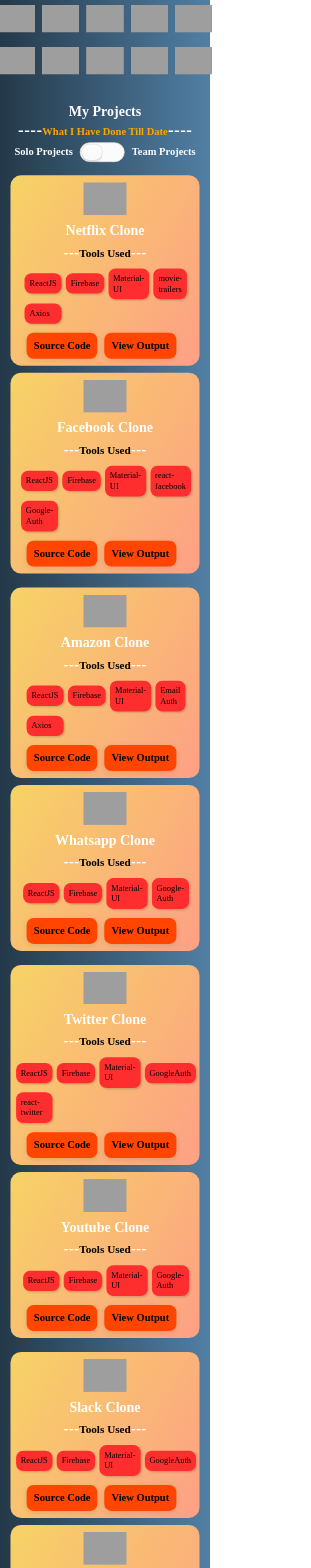
Repository: rgnSayan/my-portfolio-react
Page: /
These files come from the project's save history. The page is drawn as it stood at one moment and after the next save; the edit follows.
The browser window is 375 px wide. The page is 444 px wide, so the pictures cover 444 px, including what lies to the right of the window. The pictures show the part of the page from y = 699 to 2939 px (the page is 4649 px tall before and 4679 px after), at 70% of full size.
Pictures or frames that could not be fetched are drawn as grey boxes. Some web fonts or font styles are not loaded; a fallback is used. The project was rebuilt for these pictures with package versions that can differ from the ones it lists, and the page was loaded fresh each time. Also part of the build but not shown: src/Components/GroupProjects.css, src/Components/GroupProjects.js. Imported but missing from the stored project, and not drawn on this page: src/document/document.pdf.

Above is the page before, as saved 2021-09-17 02:02:19.

### src/App.js
import React from 'react'
import Sidebar from './Components/Sidebar'
import Home from './Components/Home'
import './App.css';

function App() {
  return (
    <div className="app">
      <Sidebar />
      <Home />
    </div>
  );
}

export default App;

### src/Components/Sidebar.js
import React from 'react'
import FacebookIcon from '@material-ui/icons/Facebook';
import TwitterIcon from '@material-ui/icons/Twitter';
import InstagramIcon from '@material-ui/icons/Instagram';
import LinkedInIcon from '@material-ui/icons/LinkedIn';
import GitHubIcon from '@material-ui/icons/GitHub';
import MenuIcon from '@material-ui/icons/Menu';
import './Sidebar.css'

function Sidebar() {
    return (
        <div className="sidebar">
            <div className="menu__icon">
                <MenuIcon />
            </div>
            <div className="sidebar__photo">
                <img src="https://scontent.fdbd2-1.fna.fbcdn.net/v/t1.6435-9/50722839_1972004216426448_5408939378581962752_n.jpg?_nc_cat=109&ccb=1-5&_nc_sid=174925&_nc_ohc=hJIp246pz9oAX-RyI-j&_nc_ht=scontent.fdbd2-1.fna&oh=cc929815b4dcd171b51b8dd32e2a6384&oe=61610B0F" alt="" />
                <h2>Sayan Mondal</h2>
                <div className="social__media">
                    <a href="https://www.facebook.com/sayan28072000" target="_blank" rel="noreferrer"><FacebookIcon style={{ color: "#4267B2" }} /></a>
                    <a href="https://www.instagram.com/sayan_ronnie/" target="_blank" rel="noreferrer"><InstagramIcon
                        style={{ color: "#cd486b" }} /></a>
                    <a href="https://twitter.com/SAYANMO83622224/" target="_blank" rel="noreferrer"><TwitterIcon
                        style={{ color: "#1DA1F2" }} /></a>
                    <a href="https://www.linkedin.com/in/sayan-mondal-9145731ba/" target="_blank" rel="noreferrer">< LinkedInIcon style={{ color: "#0077b5" }} /></a>
                    <a href="https://github.com/rgnSayan" target="_blank" rel="noreferrer"><GitHubIcon
                        style={{ color: "#4078c0" }} /></a>
                </div>
            </div>

            <div className="sidebar__option">
                <a href="#home"><span>🏠 Home</span></a>
                <a href="#skills"><span>💻 My Skills</span></a>
                <a href="#projects"><span> 📁 My Projects</span></a>
                <a href="#certificates"><span> 📜 Certificates</span></a>
                <a href="#experiences"><span>💼 Experience</span></a>
                <a href="#contact"><span>📞 Contact Me</span></a>
            </div>
        </div>
    )
}

export default Sidebar

### src/Components/Home.js
import React from 'react'
import HomePage from './HomePage'
import './Home.css'
import Projects from './Projects'
import Skills from './Skills'
import Certificates from './Certificates'
import Experience from './Experience'
import Contact from './Contact'

function Home() {
    return (
        <div className="home">
            <HomePage />
            <Skills />
            <Projects />
            <Certificates />
            <Experience />
            <Contact />
        </div>
    )
}

export default Home

### src/App.css
* {
  margin: 0;
}
.app {
  display: flex;
}

::-webkit-scrollbar {
  width: 15px;
}

::-webkit-scrollbar-track {
  box-shadow: inset 0 0 5px #000;
  border-radius: 10px;
  background-color: black;
}

::-webkit-scrollbar-thumb {
  background: orange;
  border-radius: 10px;
}

### src/Components/Sidebar.css
@import url("https://fonts.googleapis.com/css2?family=Redressed&display=swap");
.sidebar {
  display: flex;
  flex-direction: column;
  flex: 0.2;
  background-color: #272829;
  height: 100vh;
  box-shadow: rgba(0, 0, 0, 0.15) 1.95px 1.95px 2.6px;
  position: sticky;
  z-index: 1;
  top: 0;
  left: 0;
}

.sidebar__photo > img {
  height: 120px;
  width: 120px;
  border-radius: 50%;
  border: 7px solid yellow;
}

.sidebar__photo {
  display: flex;
  align-items: center;
  justify-content: center;
  flex-direction: column;
  margin-top: 10px;
}

.sidebar__photo > h2 {
  font-family: Redressed;
  font-size: 30px;
  padding-top: 10px;
  color: #fff;
}

.sidebar__option {
  display: flex;
  flex-direction: column;
  margin-top: 10px;
  margin-left: 20px;
  line-height: 2.1;
}
.sidebar__option a {
  text-decoration: none;
}

.sidebar__option a > span {
  font-size: 25px;
  font-family: "Redressed", cursive;
  text-align: start;
  font-weight: 500;
  color: #fff;
  /* text-decoration: none; */
}

.sidebar__option a > span:hover {
  cursor: pointer;
  font-weight: 700;
  transition: all 0.5s ease-in-out;
  color: orange;
}

.social__media a > .MuiSvgIcon-root {
  color: black;
  background-color: orange;
  border-radius: 50%;
  padding: 7px;
  margin-right: 5px;
  margin-top: 5px;
  cursor: pointer;
  animation: spin 10s linear infinite;
  animation-play-state: paused;
}
.social__media a > .MuiSvgIcon-root:hover {
  animation-play-state: running;
}
@keyframes spin {
  100% {
    transform: rotate(1turn);
  }
}
.menu__icon > .MuiSvgIcon-root {
  display: none;
}

@media screen and (max-width: 450px) {
  .menu__icon > .MuiSvgIcon-root {
    display: flex;
    color: orange;
    font-size: 2em;
    margin: 0.5em;
  }
  .sidebar {
    display: none;
  }
}

### src/Components/HomePage.js
import React from 'react'
import PersonIcon from '@material-ui/icons/Person';
import './HomePage.css'

function HomePage() {
    return (
        <div className="homePage" id="home">
            <div className="homePage__details">
                <h3>Hi THERE ! </h3>
                <h1> I'M <span>Sayan Mondal</span></h1>
                <p>I'm a Front End Engineer from Durgapur, West Bengal☀️.<br /> I describe myself as a passionate developer who loves coding, open source, and the web platform 💻.I am Currently Pursuing BTech From KIIT University.Bhubaneswar 🎓.</p>
            </div>
            <div className="about__me">
                <label>About Me</label>
                <PersonIcon />
            </div>
        </div>
    )
}

export default HomePage

### src/Components/Home.css
.home {
  display: flex;
  flex: 0.8;
  flex-direction: column;
  background-image: linear-gradient(to right, #243949 0%, #517fa4 100%);
  width: 80vw;
  height: 100%;
  padding-bottom: 30px;
}

@media screen and (min-width: 450px) {
  .home {
    width: 100vw;
  }
}

### src/Components/Projects.js
import React, { useState } from 'react'
import SoloProjects from './SoloProjects'
import GroupProjects from './GroupProjects'
import './Projects.css'

function Projects() {
    const [soloProjectSelected, setSoloProjectSelected] = useState(true);
    return (
        <div className="project__container" id="projects">
            <div className="projects">
                <h1>My Projects</h1>
                <h3>----<span>What I Have Done Till Date</span>----</h3>
            </div>
            <div className="project__cards">
                <div className="projects__toggleSwitch">
                    <h4>Solo Projects</h4>
                    <input
                        class="tgl tgl-ios"
                        id="cb2"
                        type="checkbox"
                        onChange={(e) => setSoloProjectSelected(!soloProjectSelected)}
                    />
                    <label class="tgl-btn" for="cb2"></label>
                    <h4>Team Projects</h4>
                </div>
                <div className="projects__content">
                    {soloProjectSelected ? <SoloProjects /> : <GroupProjects />}
                </div>
            </div>
        </div>
    )
}

export default Projects

### src/Components/Skills.js
import React from 'react'
import './Skills.css'

function Skills() {
    return (
        <div className="skills" id="skills">
            <div className="skills__header">
                <h1>My Skills</h1>
                <h3>---<span>Things I Know</span>---</h3>
            </div>
            <div className="skills__content">
                <img src="https://cdn.pixabay.com/photo/2017/08/05/11/16/logo-2582748_640.png" alt="" />
                <img src="https://cdn.freelogovectors.net/wp-content/uploads/2020/04/css-3-logo.png" alt="" />
                <img src="https://i0.wp.com/asthaandsidharth.com/wp-content/uploads/2016/03/js-logo.png?fit=500%2C500&ssl=1" alt="" />
                <img src="https://upload.wikimedia.org/wikipedia/commons/thumb/a/a7/React-icon.svg/1280px-React-icon.svg.png" alt="" />

            </div>
            <div className="skills__content">
                <img src="https://upload.wikimedia.org/wikipedia/commons/thumb/1/18/C_Programming_Language.svg/1200px-C_Programming_Language.svg.png" alt="" />
                <img src="https://upload.wikimedia.org/wikipedia/commons/thumb/1/18/ISO_C%2B%2B_Logo.svg/1200px-ISO_C%2B%2B_Logo.svg.png" alt="" />
                <img src="https://upload.wikimedia.org/wikipedia/commons/thumb/c/c3/Python-logo-notext.svg/1200px-Python-logo-notext.svg.png" alt="" />
                <img src="https://i.pinimg.com/originals/41/95/cf/4195cf989fac0128a89669f40a1e3496.png" alt="" />
                <img src="https://material-ui.com/static/logo.png" alt="" />
            </div>
            <div className="skills__content">
                <img src="https://www.freepnglogos.com/uploads/logo-mysql-png/logo-mysql-mysql-logo-png-images-are-download-crazypng-21.png" alt="" />
                <img src="https://github.githubassets.com/images/modules/logos_page/GitHub-Mark.png" alt="" />
                <img src="https://cdn.dribbble.com/users/528264/screenshots/3140440/firebase_logo.png" alt="" />
                <img src="https://about.gitlab.com/images/press/logo/png/gitlab-logo-gray-stacked-rgb.png" alt="" />
                <img src="https://www.kindpng.com/picc/m/188-1882559_python-flask-hd-png-download.png" alt="" />
            </div>
        </div>
    )
}

export default Skills

### src/Components/Certificates.js
import React from 'react'
import './Certificates.css'
import javascript from '../images/javaScript.png'
import juspay from '../images/Juspay.png'
import ps from '../images/ProblemSolving.png'
import react from '../images/React.png'
import sql from '../images/SQL.png'
import pv from '../images/PV.jpg'

function Certificates() {
    return (
        <div className="certificates" id="certificates" >
            <div className="certificates__header">
                <h1>My Certificates</h1>
                <h4>---<span>Achievements</span>---</h4>
            </div>
            <div className="certificates__container">
                <img src={pv} alt="###" />
                <img src={juspay} alt="###" />
            </div>
            <div className="certificates__container">
                <img src={ps} alt="###" />
                <img src={react} alt="###" />
            </div>
            <div className="certificates__container container3">
                <img src={sql} alt="###" />
                <img src={javascript} alt="###" />
            </div>
        </div>
    )
}

export default Certificates

### src/Components/Experience.js
import React from 'react'
import document from '../document/document.pdf'
import './Experience.css'

function Experience() {
    return (
        <div className="experience" id="experiences">
            <div className="experience__header">
                <h1>Experience</h1>
                <h4>---<span>My Adventure</span>---</h4>
            </div>

            <div className="experience__content">

                <div className="experience__container">
                    <div className="container__id">
                        <p>1</p>
                    </div>
                    <div className="container__header">
                        <h2>Prime Vogue</h2>
                        <h4>5th July 2021 - 10 Sep 2021</h4>
                        <h3> Front End Developer </h3>
                    </div>
                    <div className="container__body">
                        <p>During the period, I handled Designing & Development of the website as a web developer. I worked on various frameworks including ReactJS, Redux, Material-UI, Firebase.</p>
                    </div>
                    <div className="container__skills">
                        <p>HTML</p>
                        <p>CSS</p>
                        <p>JavaScript</p>
                        <p>ReactJS</p>
                        <p>Firebase</p>
                        <p>Redux</p>
                    </div>
                    <div className="container__button">
                        <a href={document} target="_blank" rel="noreferrer">
                            <button>View Docs</button>
                        </a>
                    </div>
                </div>

                <div className="experience__container">
                    <div className="container__id">
                        <p>2</p>
                    </div>
                    <div className="container__header">
                        <h2>Oye Beauty</h2>
                        <h4>6th August 2021 - Present</h4>
                        <h3> Front End Developer </h3>
                    </div>
                    <div className="container__body">
                        <p>During the period, I am handling Designing & Development of the website as a web developer. I worked on various frameworks including ReactJS, Redux ,Firebase,Github.</p>
                    </div>
                    <div className="container__skills">
                        <p>HTML</p>
                        <p>CSS</p>
                        <p>JavaScript</p>
                        <p>ReactJS</p>
                    </div>
                    <div className="container__skills">
                        <p>Firebase</p>
                        <p>Redux</p>
                        <p>Axios</p>
                    </div>
                </div>
            </div>
        </div>
    )
}

export default Experience

### src/Components/Contact.js
import React from 'react'
import PhoneIcon from '@material-ui/icons/Phone';
import MailIcon from '@material-ui/icons/Mail';
import RoomIcon from '@material-ui/icons/Room';
import './Contact.css'

function Contact() {
    return (
        <div className="contact" id="contact">

            <div className="contact__header">
                <h1>Contact</h1>
                <h4>---<span>How To Reach Me</span>---</h4>
            </div>

            <div className="contact__container">
                <div className="contact__phone">
                    <PhoneIcon style={{ color: "4285F4" }} />
                    <h3>+91 8967697371</h3>
                </div>
                <div className="contact__location">
                    <a href="https://www.google.com/maps/@23.5673375,87.2730191,16z" target="_blank" rel="noreferrer">
                        <RoomIcon style={{ color: 'FF0000' }} />
                    </a>
                    <h3>Durgapur, West Bengal</h3>
                </div>
                <div className="contact__mail">
                    <a href="mailto:1805603@kiit.ac.in" target="_blank" rel="noreferrer">
                        <MailIcon style={{ color: "EA4335" }} />
                    </a>
                    <h3>1805603@kiit.ac.in</h3>
                </div>
            </div>

        </div >
    )
}

export default Contact

### src/Components/HomePage.css
.homePage__details > h3 {
  color: #fff;
  font-family: Redressed;
  font-size: 35px;
  margin-top: 100px;
  margin-left: 23%;
}

.homePage__details > h1 {
  color: #fff;
  font-family: Redressed;
  font-size: 80px;
  padding-top: 15px;
  text-align: center;
}
.homePage__details > h1 > span {
  color: orange;
}
.homePage__details > p {
  color: white;
  font-family: Redressed;
  text-align: start;
  font-size: 25px;
  margin: 2% 24%;
}
.about__me {
  display: flex;
  align-items: center;
  justify-content: center;
  background-color: orange;
  padding: 10px;
  width: 110px;
  margin-left: 24%;
  border-radius: 15px;
  margin-bottom: 13%;
}

.about__me > label {
  color: white;
  font-size: 20px;
  font-family: Redressed;
  padding-right: 10px;
  text-transform: capitalize;
  color: black;
}

.about__me > .MuiSvgIcon-root {
  color: black;
}

@media screen and (max-width: 450px) {
  .homePage__details > h3 {
    font-size: 30px;
    margin-left: 2%;
  }
  .homePage__details > h1 {
    font-size: 40px;
    padding-bottom: 10%;
  }
  .homePage__details > p {
    text-align: center;
    font-size: 20px;
    margin: 0% 2%;
    line-height: 1.8;
    padding-bottom: 10%;
  }
  .homePage__details {
    margin-top: -30%;
  }
  .about__me {
    margin-bottom: 15%;
    margin-left: 28%;
  }
}

### src/Components/Projects.css
.projects > h1 {
  color: #fff;
  font-size: 30px;
  font-family: Redressed;
  text-align: center;
  margin-top: 10px;
}
.projects > h3 {
  color: #fff;
  text-align: center;
  padding-top: 5px;
}
.projects > h3 > span {
  color: orange;
  font-family: Redressed;
  font-size: 30px;
}
.tgl {
  display: none;
}

.tgl,
.tgl:after,
.tgl:before,
.tgl *,
.tgl *:after,
.tgl *:before,
.tgl + .tgl-btn {
  box-sizing: border-box;
}

.tgl::-moz-selection,
.tgl:after::-moz-selection,
.tgl:before::-moz-selection,
.tgl *::-moz-selection,
.tgl *:after::-moz-selection,
.tgl *:before::-moz-selection,
.tgl + .tgl-btn::-moz-selection {
  background: none;
}

.tgl::selection,
.tgl:after::selection,
.tgl:before::selection,
.tgl *::selection,
.tgl *:after::selection,
.tgl *:before::selection,
.tgl + .tgl-btn::selection {
  background: none;
}

.tgl + .tgl-btn {
  outline: 0;
  display: block;
  width: 4em;
  height: 1.75em;
  position: relative;
  cursor: pointer;
  -webkit-user-select: none;
  -moz-user-select: none;
  -ms-user-select: none;
  user-select: none;
}

.tgl + .tgl-btn:after,
.tgl + .tgl-btn:before {
  position: relative;
  display: block;
  content: "";
  width: 50%;
  height: 100%;
}

.tgl + .tgl-btn:after {
  left: 0;
}

.tgl + .tgl-btn:before {
  display: none;
}

.tgl:checked + .tgl-btn:after {
  left: 50%;
}

.tgl-ios + .tgl-btn {
  background: #fbfbfb;
  border-radius: 2em;
  padding: 2px;
  transition: all 0.4s ease;
  border: 1px solid #e8eae9;
}

.tgl-ios + .tgl-btn:after {
  border-radius: 2em;
  background: #fbfbfb;
  transition: left 0.3s cubic-bezier(0.175, 0.885, 0.32, 1.275),
    padding 0.3s ease, margin 0.3s ease;
  box-shadow: 0 0 0 1px rgba(0, 0, 0, 0.1), 0 4px 0 rgba(0, 0, 0, 0.08);
}

.tgl-ios + .tgl-btn:hover:after {
  will-change: padding;
}

.tgl-ios + .tgl-btn:active {
  box-shadow: inset 0 0 0 2em #e8eae9;
}

.tgl-ios + .tgl-btn:active:after {
  padding-right: 0.8em;
}

.tgl-ios:checked + .tgl-btn {
  background: orange;
}

.tgl-ios:checked + .tgl-btn:active {
  box-shadow: none;
}

.tgl-ios:checked + .tgl-btn:active:after {
  margin-left: -0.8em;
}
.projects__toggleSwitch > h4 {
  color: #fff;
  font-size: 20px;
  text-align: center;
  font-family: Redressed;
  padding: 10px;
}
.projects__toggleSwitch {
  display: flex;
  align-items: center;
  justify-content: center;
}

@media screen and (max-width: 450px) {
  .projects > h1 {
    font-size: 20px;
  }
  .projects > h3 > span {
    font-size: 15px;
  }
  .projects__toggleSwitch > h4 {
    font-size: 15px;
  }
}

### src/Components/Skills.css
.skills {
  padding-bottom: 7%;
}

.skills__header > h1 {
  color: #fff;
  font-family: Redressed;
  text-align: center;
}
.skills__header > h3 {
  color: #fff;
  font-family: Redressed;
  text-align: center;
}
.skills__header > h3 > span {
  color: orange;
}
.skills__content > img {
  height: 105px;
  width: auto;
  padding: 20px;
  cursor: pointer;
  transition: transform 0.2s;
}

.skills__content {
  display: flex;
  align-items: center;
  justify-content: space-evenly;
}
.skills__content > img:hover {
  transform: scale(1.5);
}

@media screen and (max-width: 450px) {
  .skills__content > img {
    height: 40px;
    padding: 10px 5px;
  }
  .skills__content {
    justify-content: center;
  }
}

### src/Components/Certificates.css
.certificates__header > h1 {
  color: #fff;
  font-size: 40px;
  font-weight: bold;
  font-family: Redressed;
  text-align: center;
}
.certificates__header {
  line-height: 1.5;
}
.certificates__header > h4 {
  color: #fff;
  font-family: Redressed;
  font-size: 20px;
  text-align: center;
}
.certificates__header > h4 > span {
  color: orange;
}
.certificates__container > img {
  height: 40%;
  width: 45%;
  margin: 10px;
}
.certificates__container {
  margin: 10px;
  display: flex;
  align-items: center;
  justify-content: center;
}
.certificates__container > img:hover {
  transform: translateY(-10px);
  box-shadow: rgba(0, 0, 0, 0.35) 0px 5px 15px;
}

### src/Components/Experience.css
.experience {
  padding-top: 10px;
}

.experience__header > h1 {
  color: #fff;
  text-align: center;
  font-family: Redressed;
  font-size: 40px;
  font-weight: bold;
}
.experience__header > h4 {
  color: #fff;
  text-align: center;
  font-family: Redressed;
  font-size: 20px;
}
.experience__header > h4 > span {
  color: orange;
}

.container__id > p {
  color: #fff;
  font-size: 40px;
  border-radius: 50%;
  padding: 10px 25px;
  background-color: #6c757d;
  font-family: Redressed;
}

.container__id {
  display: flex;
  align-items: center;
  justify-content: center;
}

.experience__content {
  display: flex;
  margin-top: 2%;
}

.experience__container {
  margin: 15px;
  width: 45%;
  padding: 15px;
  background-image: linear-gradient(120deg, #f6d365 0%, #fda085 100%);
  border-radius: 20px;
}

.container__header > h2 {
  text-align: center;
  font-family: Redressed;
  font-size: 30px;
}
.container__header > h4 {
  text-align: center;
  font-family: Redressed;
  font-size: 15px;
}

.container__header > h3 {
  text-align: center;
  font-family: Redressed;
  font-size: 25px;
  font-weight: bold;
}
.container__header {
  line-height: 1.5;
  margin-bottom: 15px;
}
.container__body {
  text-align: justify;
  font-family: Redressed;
  margin-bottom: 15px;
}

.container__skills {
  display: flex;
  align-items: center;
  justify-content: center;
}
.container__skills > p {
  color: #fff;
  font-family: Redressed;
  background-color: orangered;
  margin: 5px;
  padding: 10px;
  border-radius: 10px;
  cursor: pointer;
}

.container__button a > button {
  padding: 15px 25px;
  border-radius: 10px;
  background-color: red;
  border: none;
  color: #fff;
  font-family: Redressed;
  cursor: pointer;
}

.container__button {
  display: flex;
  align-items: center;
  justify-content: center;
  margin-top: 30px;
}

### src/Components/Contact.css
.contact__header > h1 {
  font-size: 40px;
  text-align: center;
  color: #fff;
  font-weight: bold;
  font-family: Redressed;
  padding-top: 5%;
}

.contact__header > h4 {
  font-size: 20px;
  text-align: center;
  color: #fff;
  font-family: Redressed;
}
.contact__header > h4 > span {
  color: orange;
}

.contact__header {
  margin-bottom: 2%;
}

.contact__container {
  display: flex;
  align-items: center;
  justify-content: space-evenly;
}
.contact__phone {
  display: flex;
  align-items: center;
  justify-content: center;
  flex-direction: column;
  cursor: pointer;
}

.contact__phone > .MuiSvgIcon-root {
  color: #fff;
  padding: 10px;
  background-color: #fbbc05;
  border-radius: 50%;
  margin: 10px;
}
.contact__phone > .MuiSvgIcon-root:hover {
  transform: translateY(-10px);
}

.contact__phone > h3 {
  color: #fff;
  font-family: Redressed;
}
.contact__mail {
  display: flex;
  align-items: center;
  justify-content: center;
  flex-direction: column;
  cursor: pointer;
}
.contact__mail a > .MuiSvgIcon-root {
  color: #fff;
  padding: 10px;
  background-color: #fbbc05;
  border-radius: 50%;
  margin: 10px;
  text-decoration: none;
}

.contact__mail a > .MuiSvgIcon-root:hover {
  transform: translateY(-10px);
}

.contact__mail > h3 {
  color: #fff;
  font-family: Redressed;
}
.contact__location {
  display: flex;
  align-items: center;
  justify-content: center;
  flex-direction: column;
  cursor: pointer;
}
.contact__location a > .MuiSvgIcon-root {
  color: #fff;
  padding: 10px;
  background-color: #fbbc05;
  border-radius: 50%;
  margin: 10px;
}
.contact__location a > .MuiSvgIcon-root:hover {
  transform: translateY(-10px);
}

.contact__location > h3 {
  color: #fff;
  font-family: Redressed;
}

### src/Components/SoloProjects.css
.soloProjects {
  display: flex;
  margin-top: 10px;
}

.soloProjects__card > img {
  height: 25%;
  width: 25%;
}
.soloProjects__card > img:hover {
  transform: scale(1.5);
}

.soloProjects__card > img.grow {
  transition: all 0.2s ease-in-out;
}

.soloProjects__card {
  display: flex;
  align-items: center;
  justify-content: center;
  flex-direction: column;
  margin: 5px 15px;
  background-image: linear-gradient(120deg, #f6d365 0%, #fda085 100%);
  padding: 10px;
  border-radius: 15px;
  height: 100%;
}

.soloProjects__card > h1 {
  color: #fff;
  font-size: 30px;
  font-weight: bold;
  font-family: Redressed;
  padding: 10px;
  text-align: center;
}
.soloProjects__card > ul {
  list-style: none;
  display: flex;
  align-items: center;
  justify-content: center;
  margin-top: 10px;
}
.soloProjects__card > ul > li {
  padding: 7px;
  font-size: 20px;
  font-family: Redressed;
  background-color: #ff2e2e;
  margin: 5px;
  border-radius: 10px;
  box-shadow: rgba(0, 0, 0, 0.15) 1.95px 1.95px 2.6px;
}
.soloProjects__card > ul > li:hover {
  transform: translateY(-15px);
}

.soloProjects__card > h4 {
  color: #fff;
  text-align: center;
}
.soloProjects__card > h4 > span {
  color: black;
  font-family: Redressed;
}
.soloProjects__button a > button {
  text-decoration: none;
  background-color: orangered;
  border: none;
  padding: 15px;
  border-radius: 10px;
  margin-right: 10px;
  margin-top: 10px;
  font-family: Redressed;
  font-weight: bold;
  font-size: 20px;
  box-shadow: rgba(99, 99, 99, 0.2) 0px 2px 8px 0px;
}

@media screen and (max-width: 450px) {
  .soloProjects {
    flex-direction: column;
  }
  .soloProjects__card > h1 {
    font-size: 20px;
  }
  .soloProjects__card > ul > li {
    font-size: 12px;
    margin: 3px;
  }
  .soloProjects__card > ul {
    display: grid;
    margin-right: 15%;
    grid-template-columns: auto auto auto auto;
  }
  .soloProjects__button a > button {
    font-size: 15px;
    padding: 10px;
  }
}

Loaded but not shown: public/index.html (common file); src/index.js (common file); src/index.css (common file); src/reportWebVitals.js (common file); src/Components/SoloProjects.js (184 lines, source omitted)

After the next save:
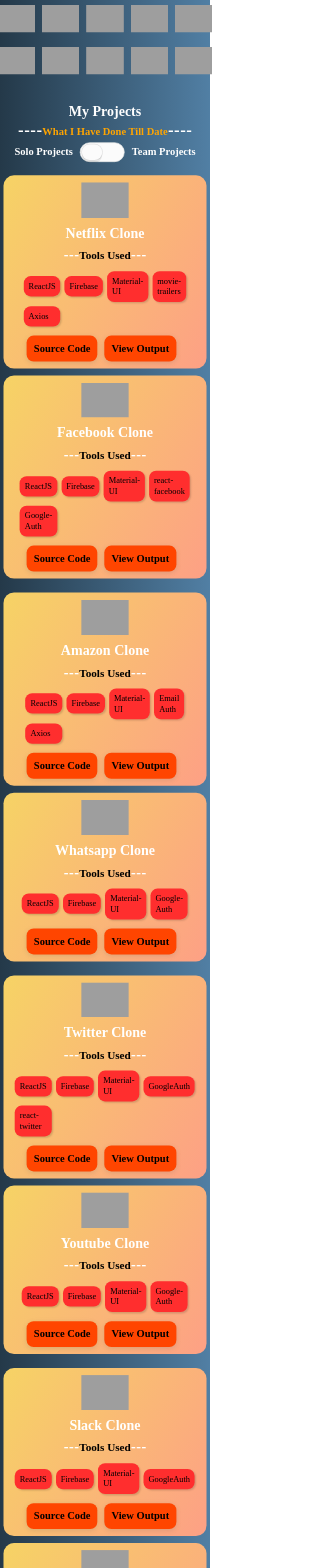
Saved 117 s later.
--- a/src/Components/SoloProjects.css
+++ b/src/Components/SoloProjects.css
@@ -97,4 +97,7 @@
     font-size: 15px;
     padding: 10px;
   }
+  .soloProjects__card {
+    margin: 5px;
+  }
 }
